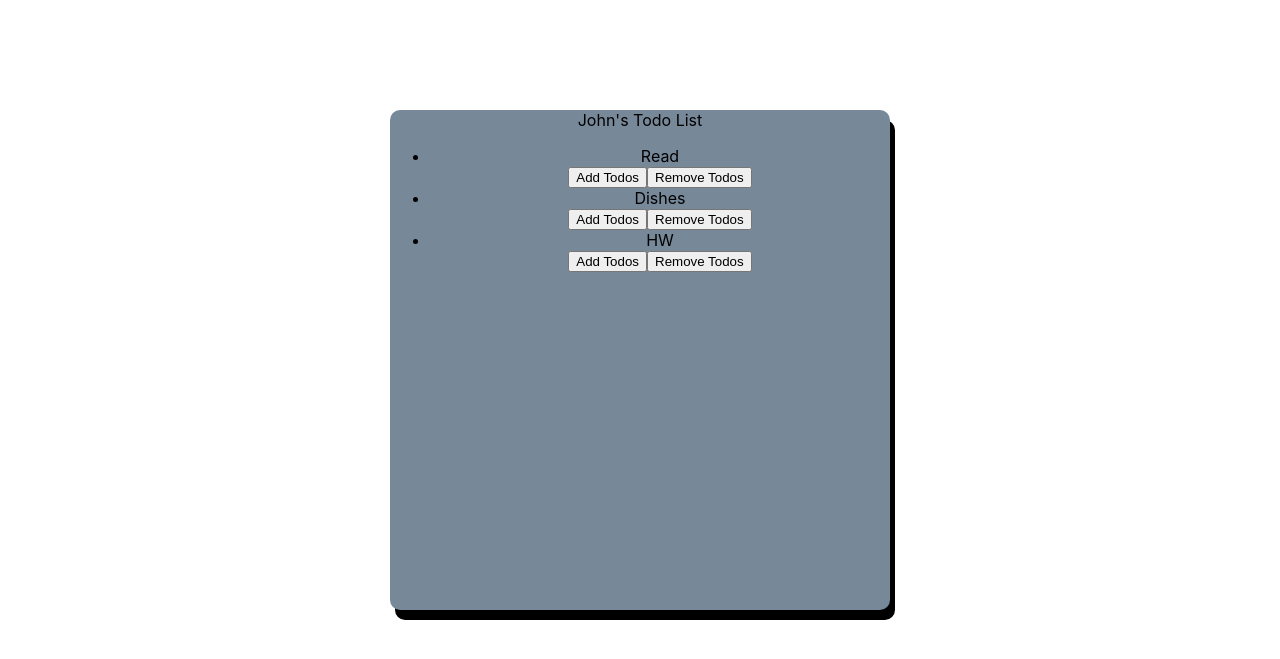
Repository: JohnKang0720/Simple-Todo-List
Page: /
These files come from the project's save history. The page is drawn as it stood at one moment and after the next save; the edit follows.
The browser window is 1280 px wide. The pictures show the whole page.
The project was rebuilt for these pictures with package versions that can differ from the ones it lists, and the page was loaded fresh each time.

Above is the page before, as saved 2021-05-25 06:37:00.

After the next save:
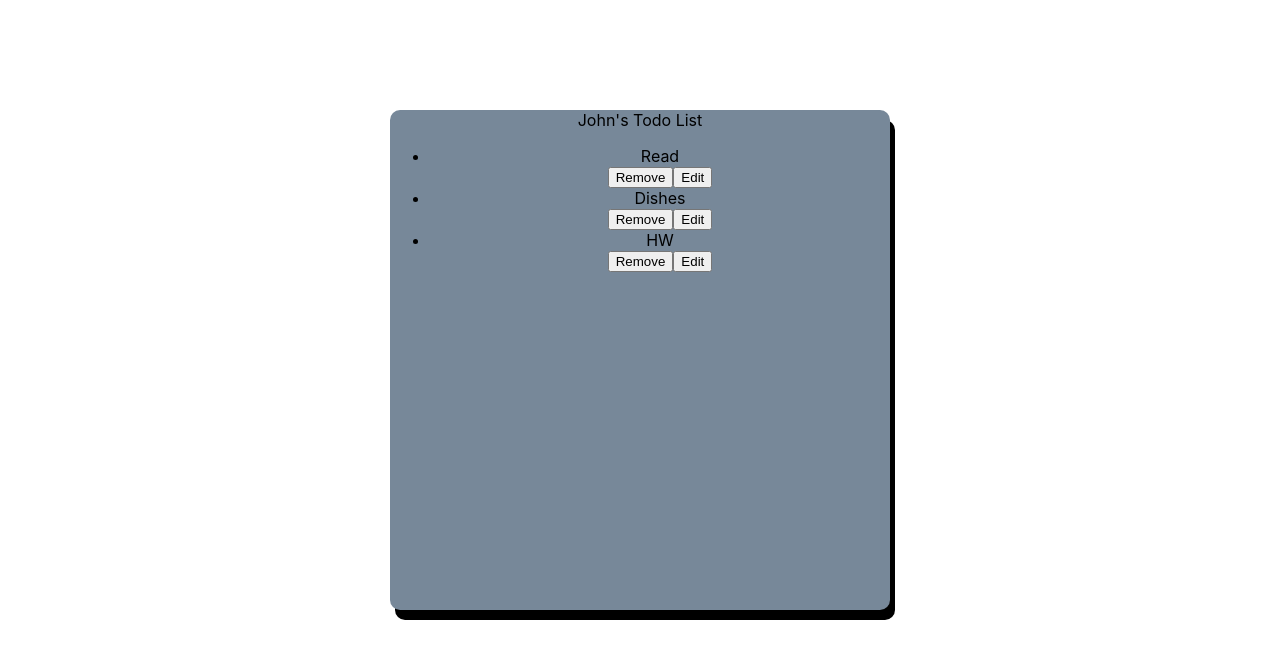
Saved 38 min 21 s later.
--- a/src/List.js
+++ b/src/List.js
@@ -6,8 +6,8 @@ function List({task, addTodos}) {
         <li>
             <span> {task.task}</span>
             <div>
-                <button onClick = {addTodos}> Add Todos </button>
-                <button> Remove Todos </button>
+                <button onClick = {addTodos}> Remove </button>
+                <button> Edit </button>
             </div>
         </li>
 
